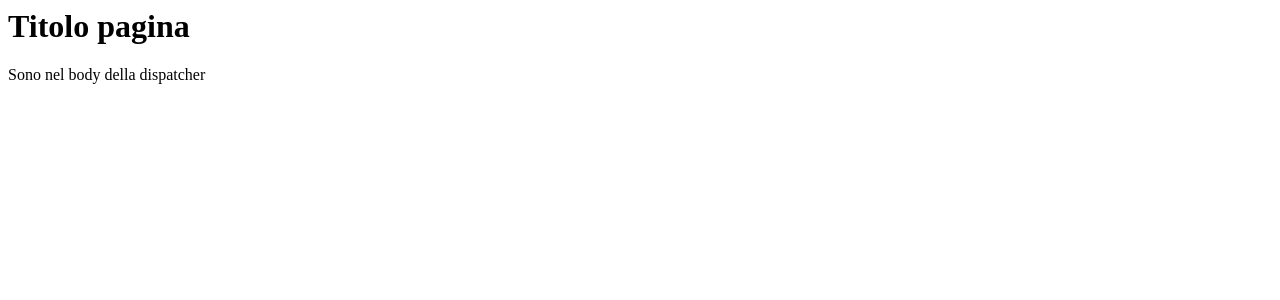
Repository: PcarloP/java_se
Page: http://localhost/anagraficaweb/jsp/login.jsp
These files come from the project's save history. The page is drawn as it stood at one moment and after the next save; the edit follows.
The browser window is 1280 px wide. The pictures show the whole page.
The page is served by Tomcat 10.

Above is the page before, as saved 2025-06-20 15:31:08.

After the next save:
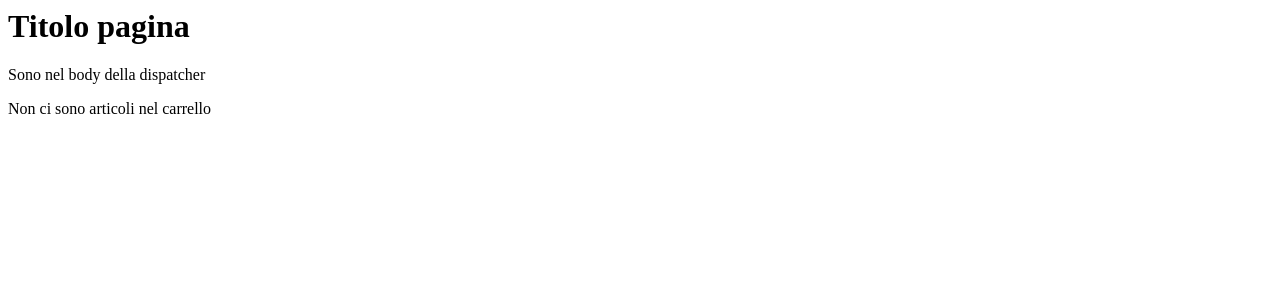
Saved 9 min 42 s later.
--- a/anagraficaweb/WebContent/jsp/login.jsp
+++ b/anagraficaweb/WebContent/jsp/login.jsp
@@ -1,2 +1,30 @@
 <h1>Titolo pagina</h1>
  <p> Sono nel body della dispatcher</p>
+
+
+
+ <%@ page language="java" contentType="text/html; charset=ISO-8859-1"
+	pageEncoding="ISO-8859-1"%>
+<%@page import="java.util.List"%>
+<!DOCTYPE html>
+<html>
+<head>
+<meta charset="ISO-8859-1">
+<title>Insert title here</title>
+</head>
+<body>
+	<%
+	@SuppressWarnings("unchecked")
+	List<String> carrello = (List<String>) request.getSession().getAttribute("carrello");
+
+
+	if (carrello != null && carrello.size() > 0) {
+		for (String art : carrello) {
+			out.println(art + "<br>");
+		}
+	} else {
+		out.println("Non ci sono articoli nel carrello");
+	}
+	%>
+</body>
+</html>

After the save that followed:
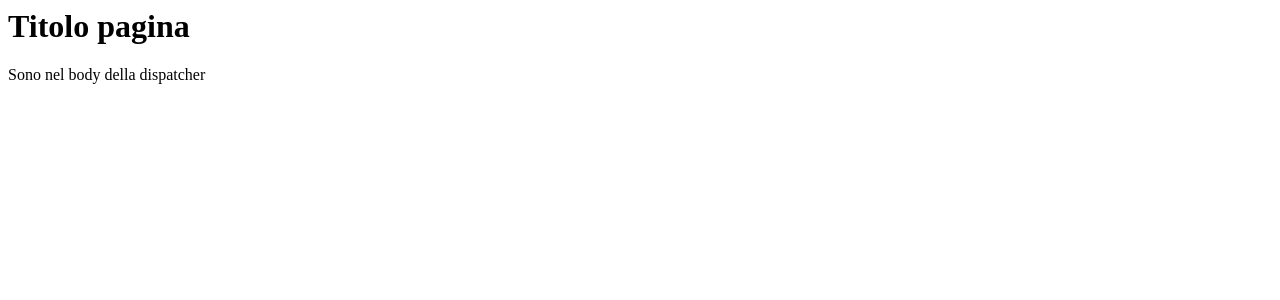
Saved 7 min 9 s later.
--- a/anagraficaweb/WebContent/jsp/login.jsp
+++ b/anagraficaweb/WebContent/jsp/login.jsp
@@ -1,30 +1,2 @@
 <h1>Titolo pagina</h1>
  <p> Sono nel body della dispatcher</p>
-
-
-
- <%@ page language="java" contentType="text/html; charset=ISO-8859-1"
-	pageEncoding="ISO-8859-1"%>
-<%@page import="java.util.List"%>
-<!DOCTYPE html>
-<html>
-<head>
-<meta charset="ISO-8859-1">
-<title>Insert title here</title>
-</head>
-<body>
-	<%
-	@SuppressWarnings("unchecked")
-	List<String> carrello = (List<String>) request.getSession().getAttribute("carrello");
-
-
-	if (carrello != null && carrello.size() > 0) {
-		for (String art : carrello) {
-			out.println(art + "<br>");
-		}
-	} else {
-		out.println("Non ci sono articoli nel carrello");
-	}
-	%>
-</body>
-</html>
